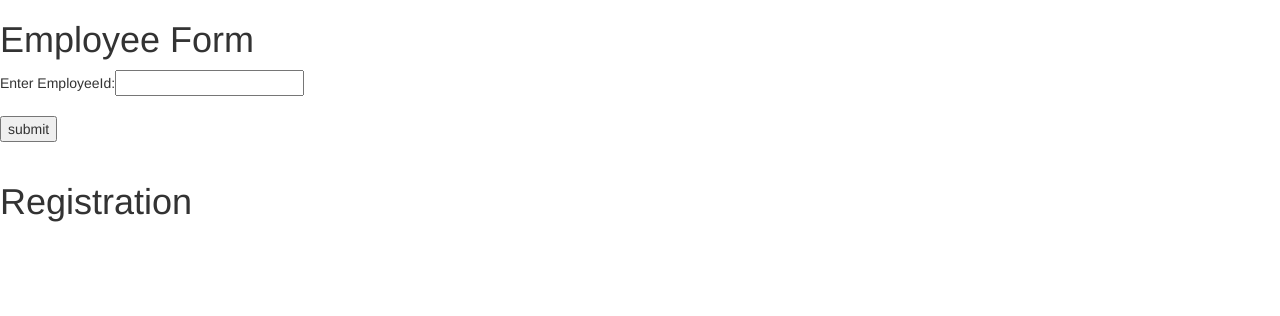
Repository: Mayank-yadav/All-Practise-Codes
Page: http://localhost/jspcrud/
These files come from the project's save history. The page is drawn as it stood at one moment and after the next save; the edit follows.
The browser window is 1280 px wide. The pictures show the whole page.
Some web libraries are served in a nearby version. The page is served by Tomcat 9. Other server files are loaded and not shown.

Above is the page before, as saved 2015-11-30 10:31:15.

### jsp_workspace/jspcrud/WebContent/index.jsp
<%@ page language="java" contentType="text/html; charset=ISO-8859-1"
    pageEncoding="ISO-8859-1"%>
<!DOCTYPE html PUBLIC "-//W3C//DTD HTML 4.01 Transitional//EN" "http://www.w3.org/TR/html4/loose.dtd">
<html>
<head>
<meta http-equiv="Content-Type" content="text/html; charset=ISO-8859-1">
<title>Insert title here</title>
<link rel="stylesheet" href="http://maxcdn.bootstrapcdn.com/bootstrap/3.3.5/css/bootstrap.min.css">
  <script src="https://ajax.googleapis.com/ajax/libs/jquery/1.11.3/jquery.min.js"></script>
  <script src="http://maxcdn.bootstrapcdn.com/bootstrap/3.3.5/js/bootstrap.min.js"></script>
</head>
<body>
<h1>Employee Form</h1>
	<form action="EmployeeServlet?action=getemployeedetail" method="get">
			Enter EmployeeId:<input type="text" name="id" /><br />
			<br /> <input type="submit" value="submit" />
		</form>
		<br/>
	<h1>Registration</h1>
	<br />
		<form action="EmployeeServlet?action=registration" method="get">


		</form>


</body>
</html>

After the next save:
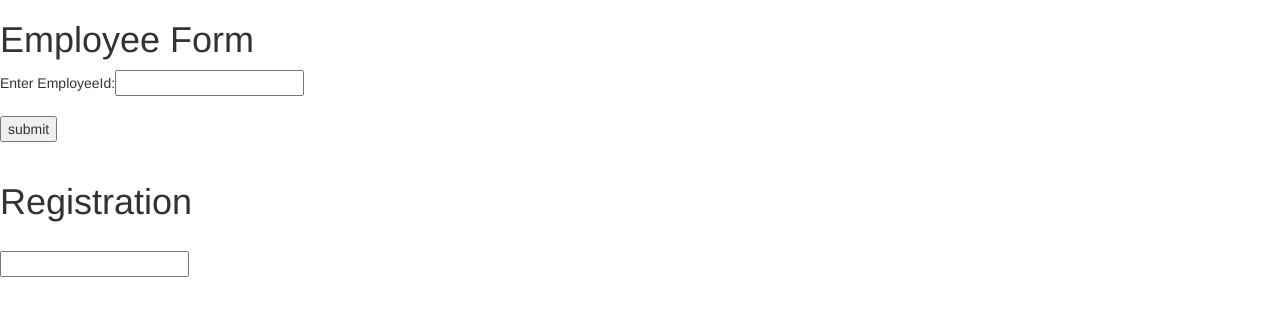
Saved 53 s later.
--- a/jsp_workspace/jspcrud/WebContent/index.jsp
+++ b/jsp_workspace/jspcrud/WebContent/index.jsp
@@ -19,7 +19,7 @@
 	<h1>Registration</h1>
 	<br />
 		<form action="EmployeeServlet?action=registration" method="get">
-
+				<input type="text" name="name"/>
 
 		</form>
 
